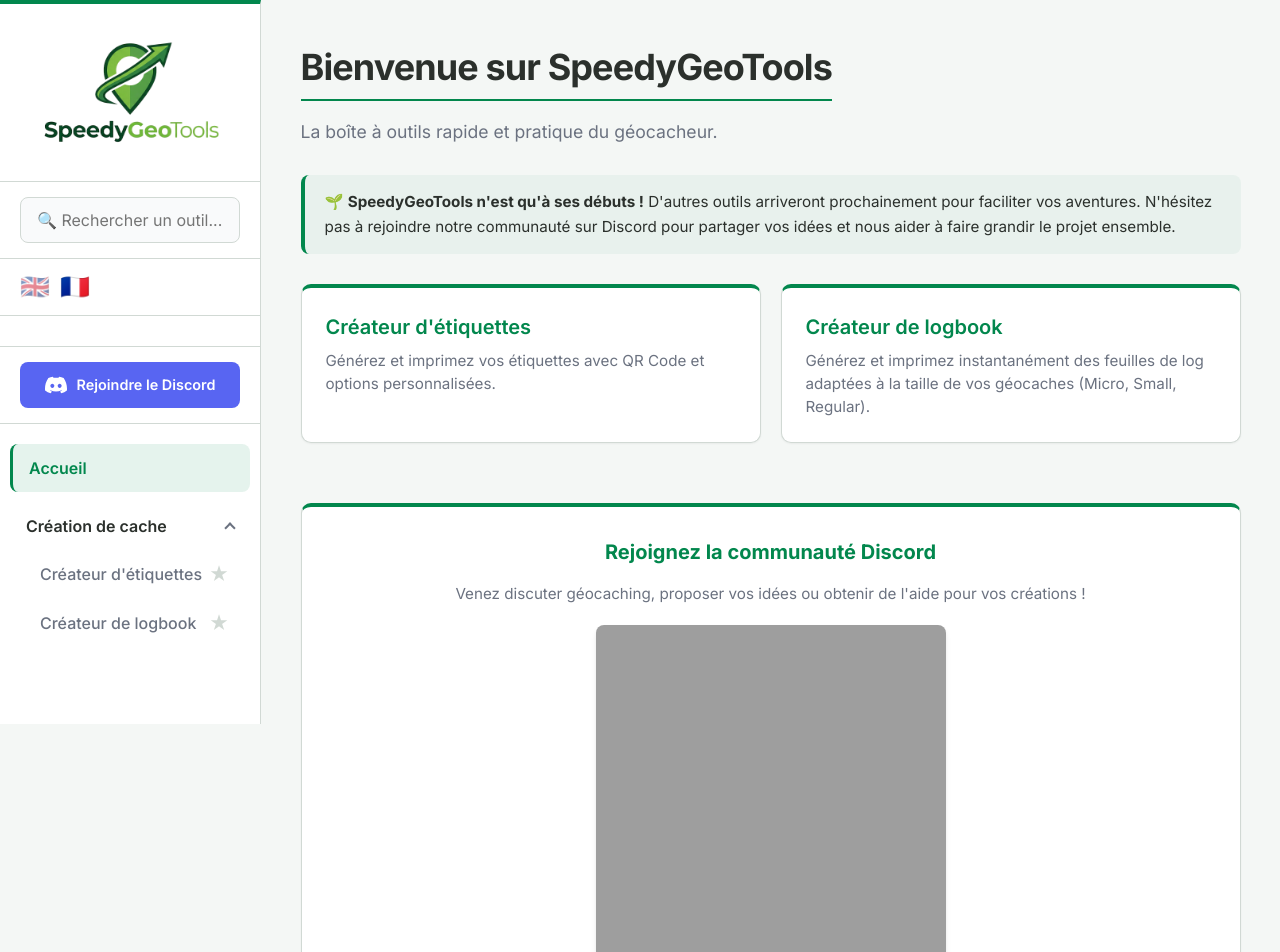
Repository: rodafux/SpeedyGeoTools
Page: fr/index.html
These files come from the project's save history. The page is drawn as it stood at one moment and after the next save; the edit follows.
The browser window is 1280 px wide. The pictures show the part of the page from y = 0 to 952 px (the page is 1346 px tall).
Pictures or frames that could not be fetched are drawn as grey boxes.

Above is the page before, as saved 2026-04-11 01:34:54.

After the next save:
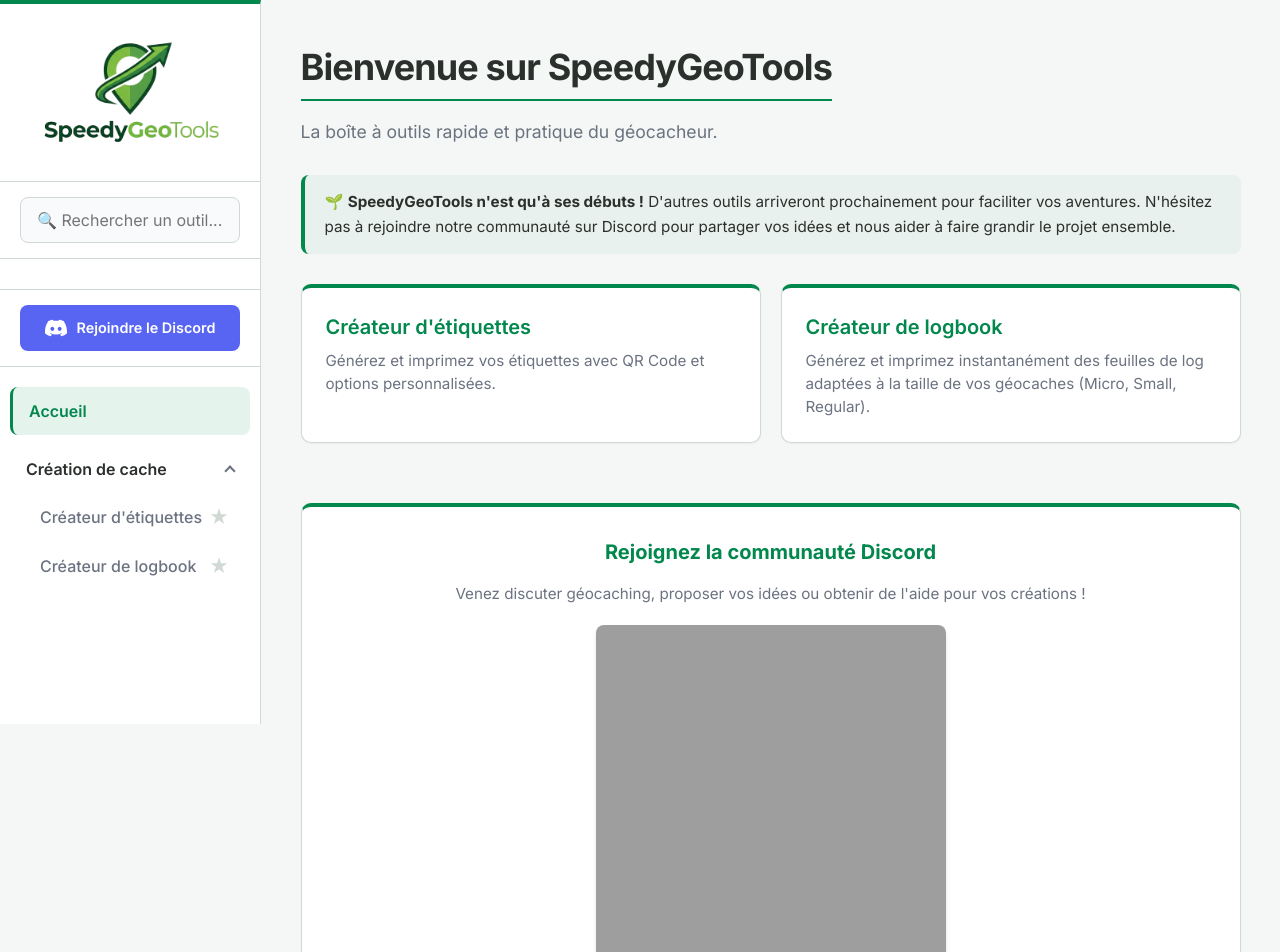
Saved 7 s later.
--- a/fr/index.html
+++ b/fr/index.html
@@ -24,10 +24,6 @@
         <div class="sidebar-content" id="sidebarContent">
             <div class="search-container">
                 <input type="text" id="toolSearch" placeholder="🔍 Rechercher un outil..." onkeyup="filterTools()">
-            </div>
-            <div style="padding: 10px 20px; border-bottom: 1px solid var(--border-color); display: flex; gap: 10px;">
-                <a href="../index.html" style="text-decoration: none; font-size: 1.5rem; opacity: 0.5;">🇬🇧</a>
-                <a href="index.html" style="text-decoration: none; font-size: 1.5rem; opacity: 1;">🇫🇷</a>
             </div>
             <div id="google_translate_element" class="translation-widget"></div>
             <div class="sidebar-discord">
